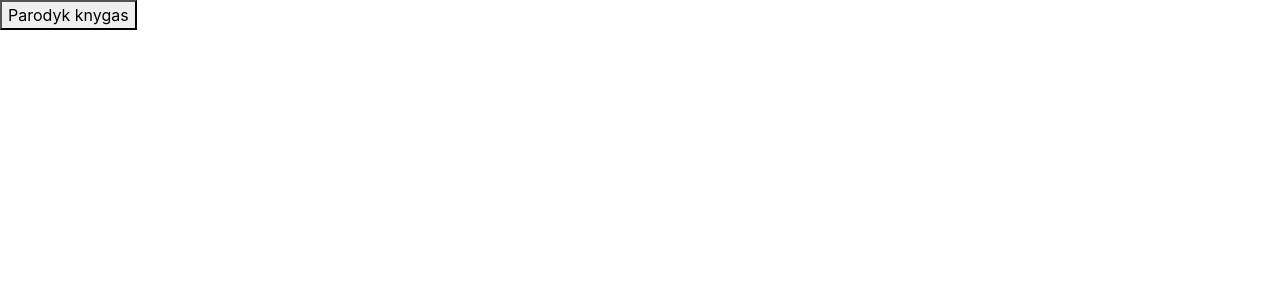
Repository: motiejus1/17-paskaita-PHP-05.31
Page: http://localhost/testavimas/ajax_uzklausa_jquery.php
These files come from the project's save history. The page is drawn as it stood at one moment and after the next save; the edit follows.
The browser window is 1280 px wide. The pictures show the whole page.
Some web libraries are served in a nearby version. The page is run by PHP 8.4 with error messages shown; the project is at /var/www/html/.

Above is the page before, as saved 2021-09-16 20:06:26.

After the next save:
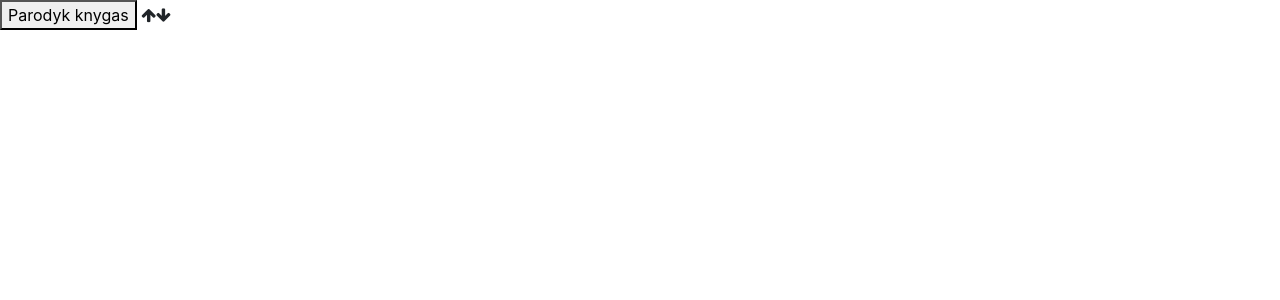
Saved 23 s later.
--- a/testavimas/ajax_uzklausa_jquery.php
+++ b/testavimas/ajax_uzklausa_jquery.php
@@ -13,7 +13,7 @@
 <body>
     <?php //parodysim visas knygas ?>
     <button id="show">Parodyk knygas</button>
-
+    <i class="fa fa-arrow-up"></i><i class="fa fa-arrow-down"></i>
 
     <div id="result">
 
